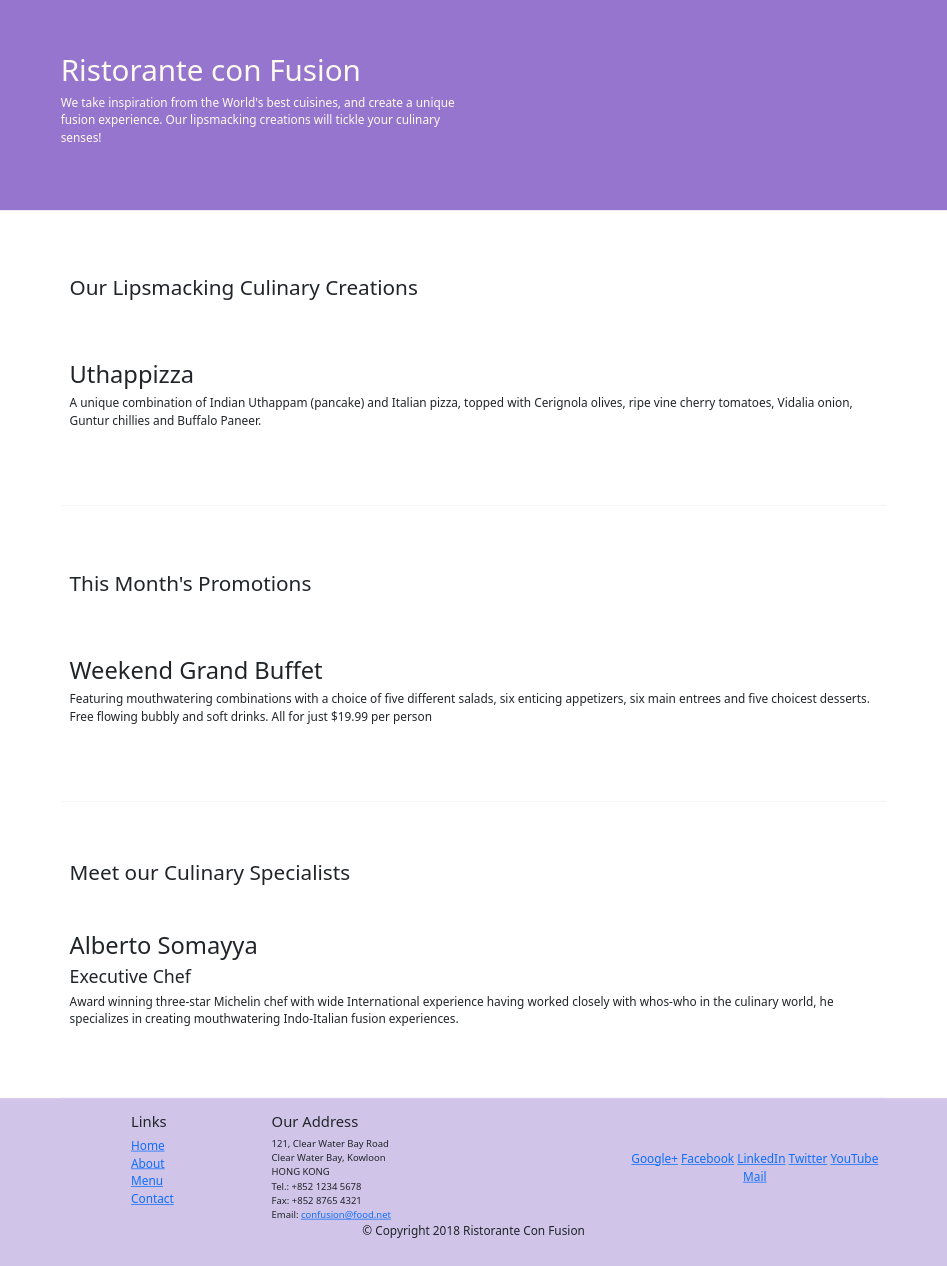
Repository: devjeremyjake/confusion
Page: index.html
An editor plug-in stored every save of this project. The page is shown before and after the next save, followed by the edit.
The browser window is 1280 px wide. The pictures show the whole page, at 74% of full size.
Some web libraries are served in a nearby version.

Above is the page before, as saved 2020-01-30 15:53:36.

After the next save:
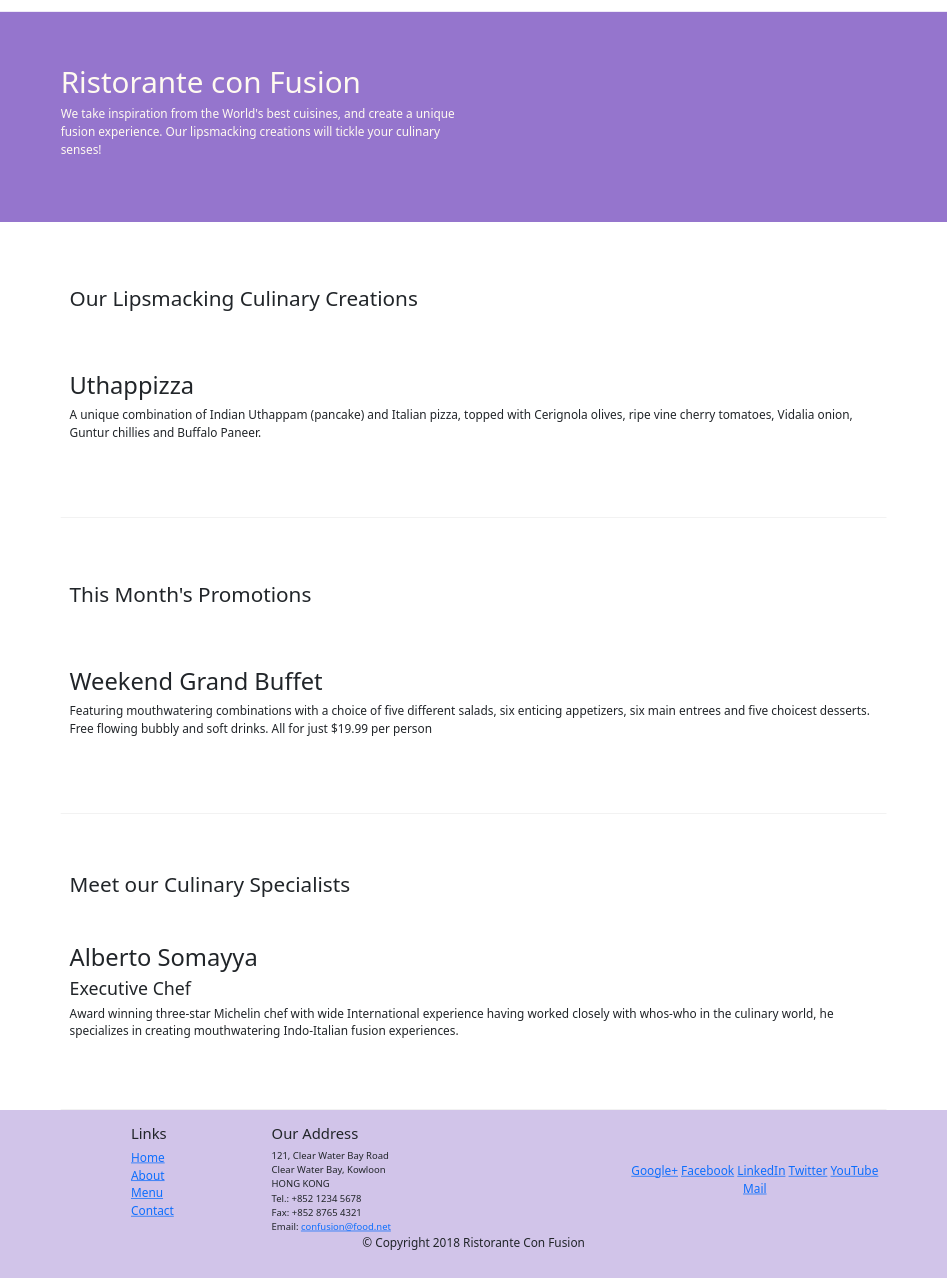
Saved 4 s later.
--- a/index.html
+++ b/index.html
@@ -10,7 +10,7 @@
 </head>
 
 <body>
-    <nav class="">
+    <nav class="navbar">
 
     </nav>
    <header class="jumbotron">
